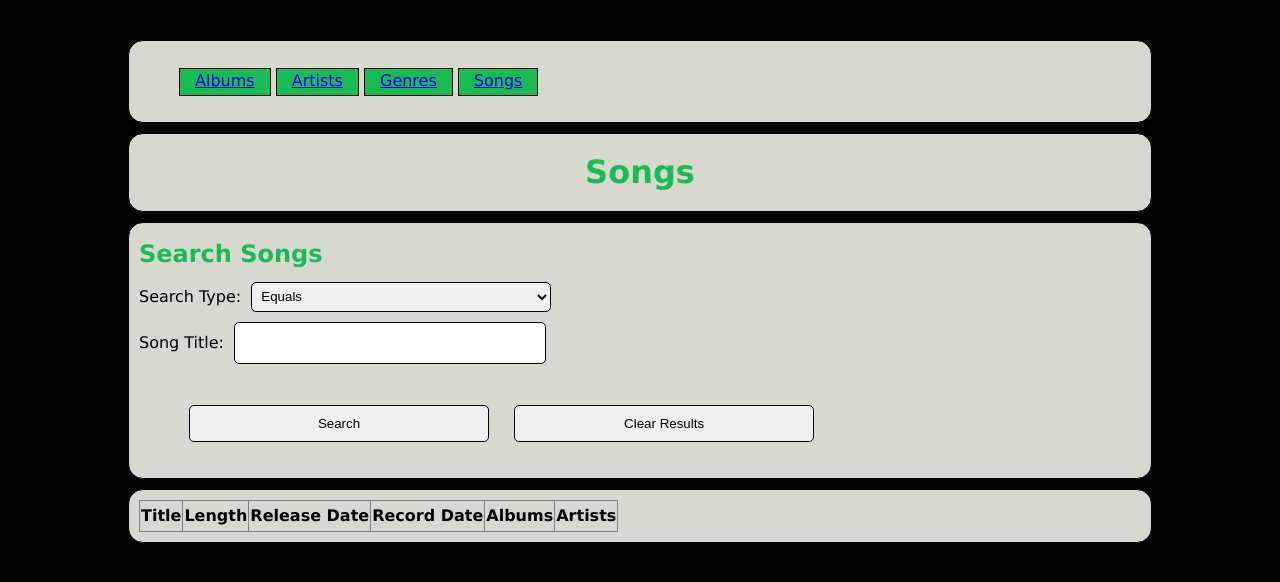
Repository: RRGTHWAR/bkg16_INFSCI1017
Page: bkg16_Music_FinalProject/WebContent/song.html
The author's editor kept a copy of each file at every save. The page is drawn from the files as they stood at one save, then again after the next save.
The browser window is 1280 px wide. The pictures show the whole page.

Above is the page before, as saved 2019-04-14 16:03:11.

After the next save:
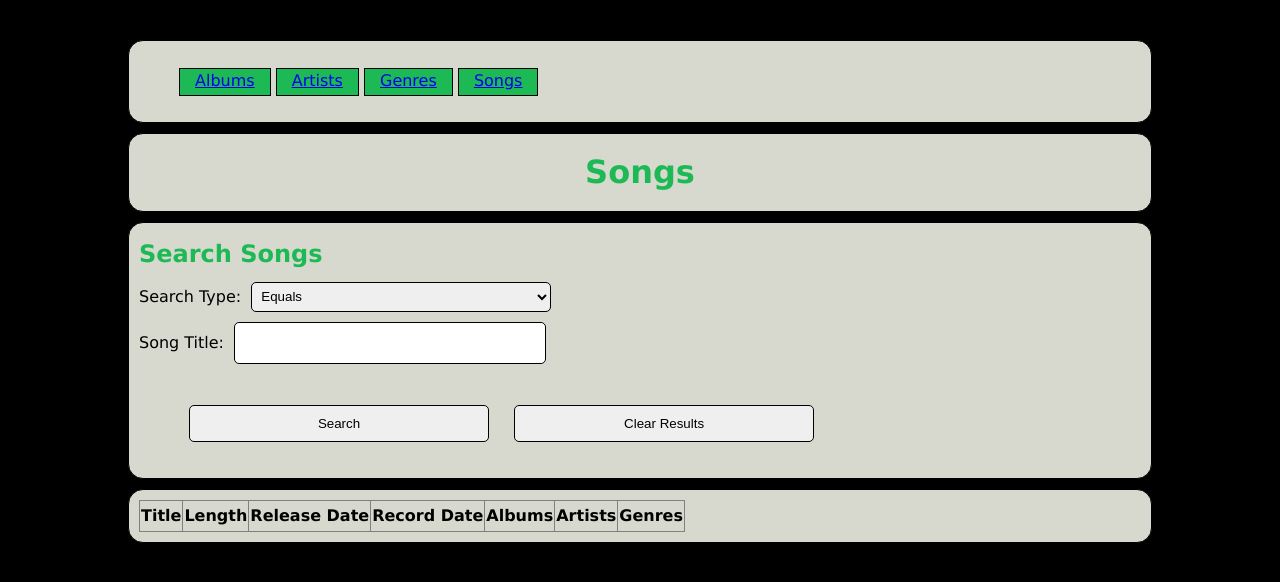
Saved 27 s later.
--- a/bkg16_Music_FinalProject/WebContent/song.html
+++ b/bkg16_Music_FinalProject/WebContent/song.html
@@ -49,6 +49,7 @@
 				<th>Record Date</th>
 				<th>Albums</th>
 				<th>Artists</th>
+				<th>Genres</th>
 			</tr>
 		</table>
 	</div>
